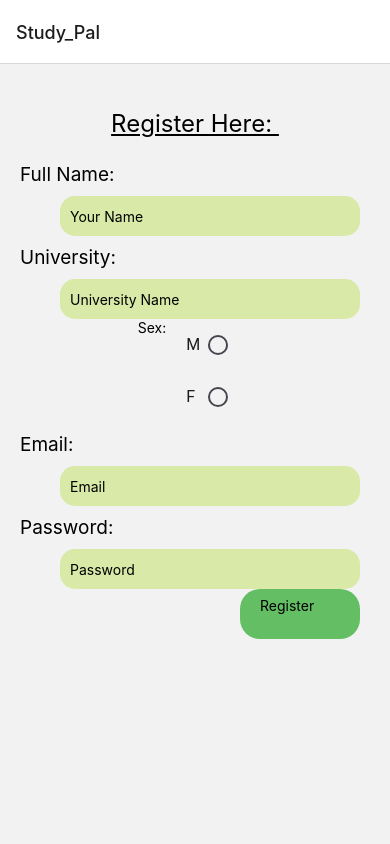
Repository: abdurehmanali611/Study-Pal
Screen: /
These files come from the project's save history. The screen is drawn as it stood at one moment and after the next save; the edit follows.
The app was drawn by React Native's web renderer in a window 390 px wide. The project was rebuilt for these pictures with package versions that can differ from the ones it lists, and the page was loaded fresh each time. Also part of the build but not shown: Front_Pages/Home.js, Screens/Softwareeng.js, Screens/Computersci.js, Screens/Informationsci.js, Screens/Informationtech.js, Screens/Softwarecards.js, Screens/Computercards.js, Screens/Sciencecards.js and 4 more.

Above is the screen before, as saved 2024-01-23 22:21:54.

After the next save:
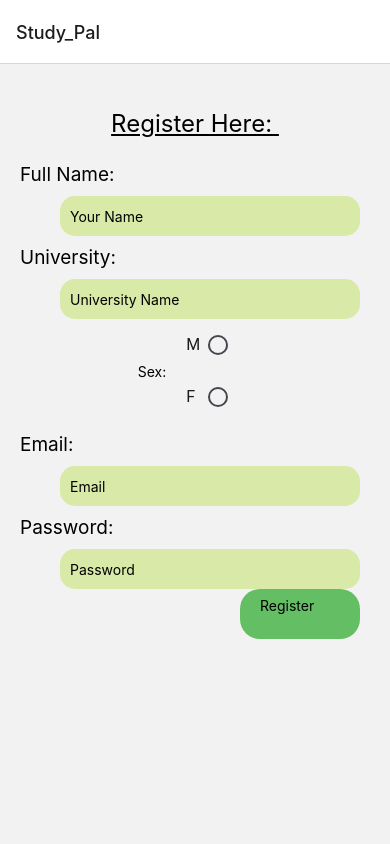
Saved 5 s later.
--- a/Front_Pages/Sign_Up.js
+++ b/Front_Pages/Sign_Up.js
@@ -53,7 +53,7 @@ const Sign_Up = ({navigation}) => {
             />
          </View>
          <View style = {{flexDirection: 'row', alignSelf: 'center'}}>
-            <View style = {{}}>
+            <View style = {{justifyContent: 'center'}}>
                <Text>Sex: </Text>
             </View>
             <View>
